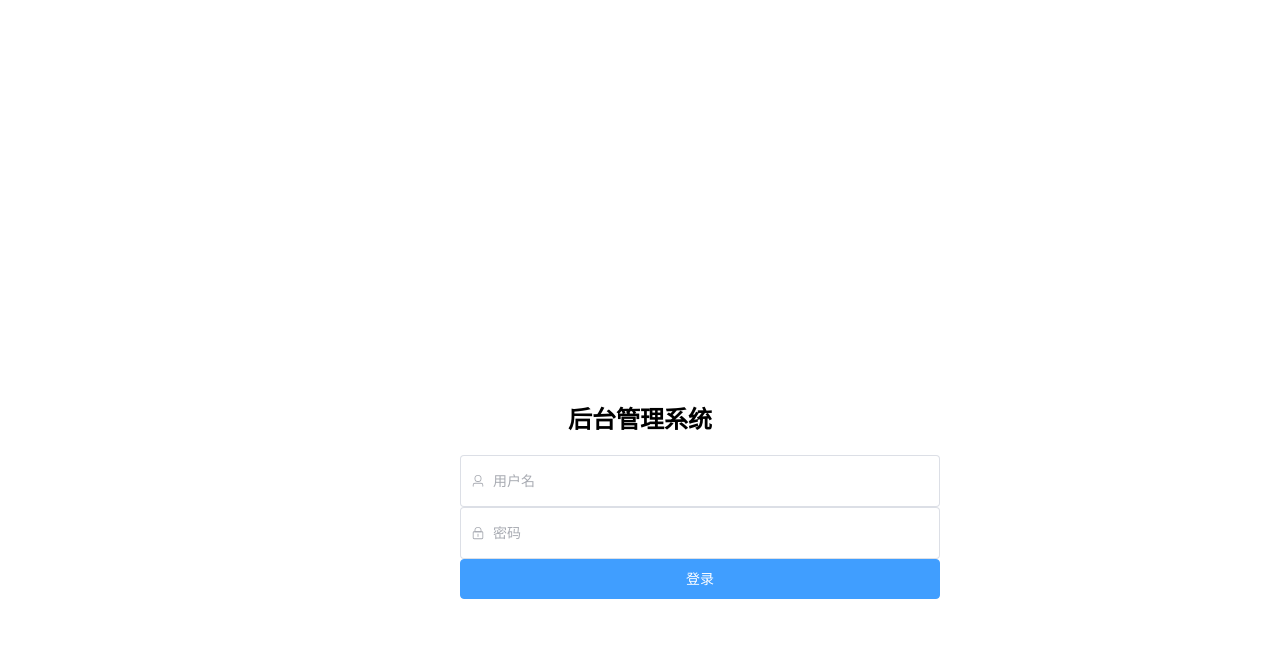
Repository: secret47/test-office-demo
Page: /
These files come from the project's save history. The page is drawn as it stood at one moment and after the next save; the edit follows.
The browser window is 1280 px wide. The pictures show the whole page.
The project was rebuilt for these pictures with package versions that can differ from the ones it lists, and the page was loaded fresh each time. Also part of the build but not shown: vite.config.js.

Above is the page before, as saved 2024-10-28 13:36:24.

### src/main.js
import { createApp } from 'vue'
import '@/style/main.scss'
import App from './App.vue'
import router from './router'

import lang from "./local"


import ElementPlus from "element-plus";
import 'element-plus/dist/index.css'
import * as ElementPlusIconsVue from '@element-plus/icons-vue'

const app = createApp(App);

for (const [key, component] of Object.entries(ElementPlusIconsVue)) {
    app.component(key, component)
}

app.use(lang)
app.use(ElementPlus)
app.use(router)
app.mount('#app')

### src/style/main.scss
* {
    padding: 0;
    margin: 0;
}

html,
body {
    width: 100%;
    height: 100%;
    background: #ffffff;
}

#app {
    width: 100%;
    height: 100%;
}

### src/router/index.js
import { createRouter, createWebHistory } from 'vue-router'


const routes = [
    {
        path: '/',
        name: 'Login',
        component: () => import('@/views/login.vue'),
    },
    // 其他路由...
]

const router = createRouter({
    history: createWebHistory(),
    routes
})

export default router

### src/local/index.js
import { createI18n } from "vue-i18n";

import message from "./language"
const i18n = createI18n({
    locale: "zh",
    fallbackLocale: "zh",
    messages: message
})

export default i18n;

### src/views/login.vue
<template>
    <div class="login">
        <div class="header">
            <div class="logo"></div>
            <div class="language"></div>
        </div>
        <div class="loginBox">
            <div class="title">
                {{ $t('title') }}
            </div>
            <el-form :model="userInfo" label-width="120px">
                <el-form-item>
                    <el-input v-model="userInfo.username" :placeholder="$t('username')" prefix-icon="user" />
                </el-form-item>
                <el-form-item>
                    <el-input v-model="userInfo.password" :placeholder="$t('password')" type="password" show-password
                        prefix-icon="lock" />
                </el-form-item>
                <el-form-item>
                    <el-button type="primary" long  class="logBtn">{{ $t('login') }}</el-button>
                </el-form-item>
            </el-form>
        </div>
    </div>
</template>
<script setup>
import { reactive, ref } from 'vue'
const userInfo = reactive({
    username: "",
    password: ""
})
</script>
<style lang="scss" scoped>
.header {
    width: 100%;
    height: 80px;
    background: #ffffff;
}

.loginBox {
    width: 600px;
    /* 调整为更合理的宽度 */
    margin: 300px auto 0;
    padding: 20px;

    .title {
        font-size: 24px;
        font-weight: 700;
        text-align: center;
        margin-bottom: 20px;
    }

    .logBtn{
        width:100%;
        height: 40px;
    }
}

/* 使用 ::v-deep 来穿透 scoped 作用域 */
.loginBox ::v-deep .el-input__inner {
    height: 50px;
    /* 调整为更合理的高度 */
    width: 100%;
    /* 宽度设置为100%，填满父容器 */

}
</style>

### src/local/language/index.js
import zh from "./zh"
import en from "./en"

export default {
    ...en,
    ...zh
}

### src/local/language/zh.js
export default{
    zh:{
        title:"后台管理系统",
        login:"登录",
        username:"用户名",
        password:"密码",
        remember:"记住密码",
        forget:"忘记密码",
    }
}

### src/local/language/en.js
export default{
    en:{
        title:"system management"
    }
}

Loaded but not shown: index.html (common file); src/App.vue (common file)

After the next save:
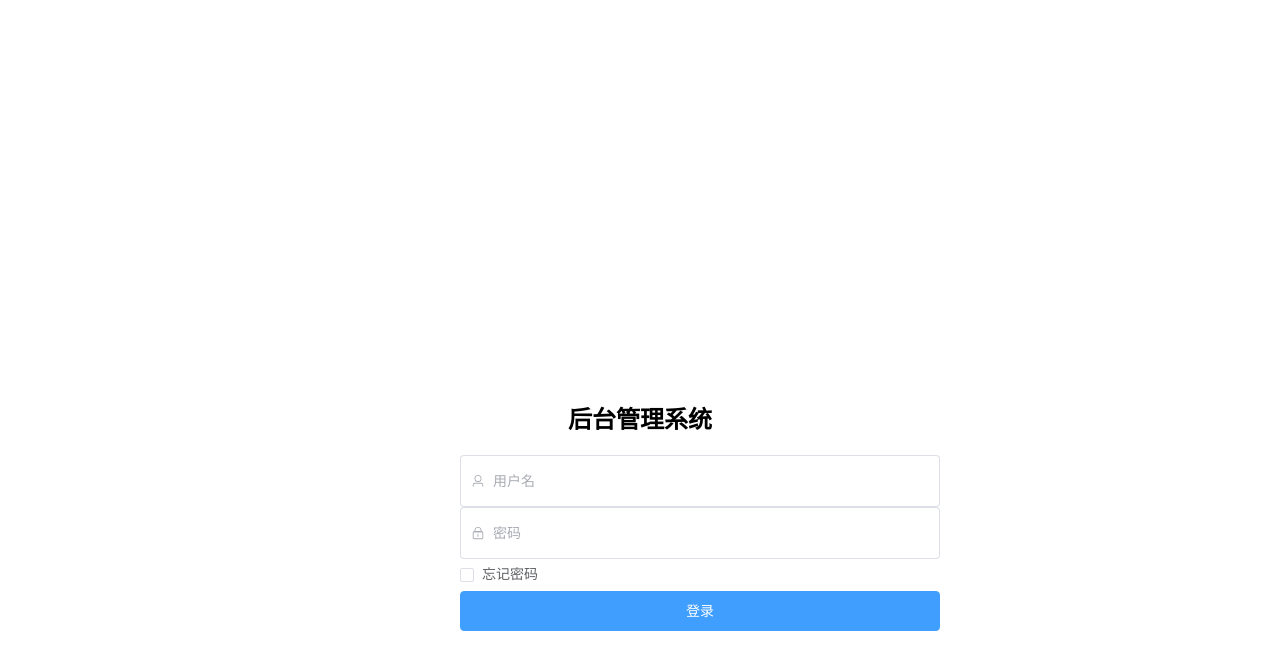
Saved 25 s later.
--- a/src/views/login.vue
+++ b/src/views/login.vue
@@ -15,6 +15,9 @@
                 <el-form-item>
                     <el-input v-model="userInfo.password" :placeholder="$t('password')" type="password" show-password
                         prefix-icon="lock" />
+                </el-form-item>
+                <el-form-item>
+                    <el-checkbox>忘记密码</el-checkbox>
                 </el-form-item>
                 <el-form-item>
                     <el-button type="primary" long  class="logBtn">{{ $t('login') }}</el-button>
